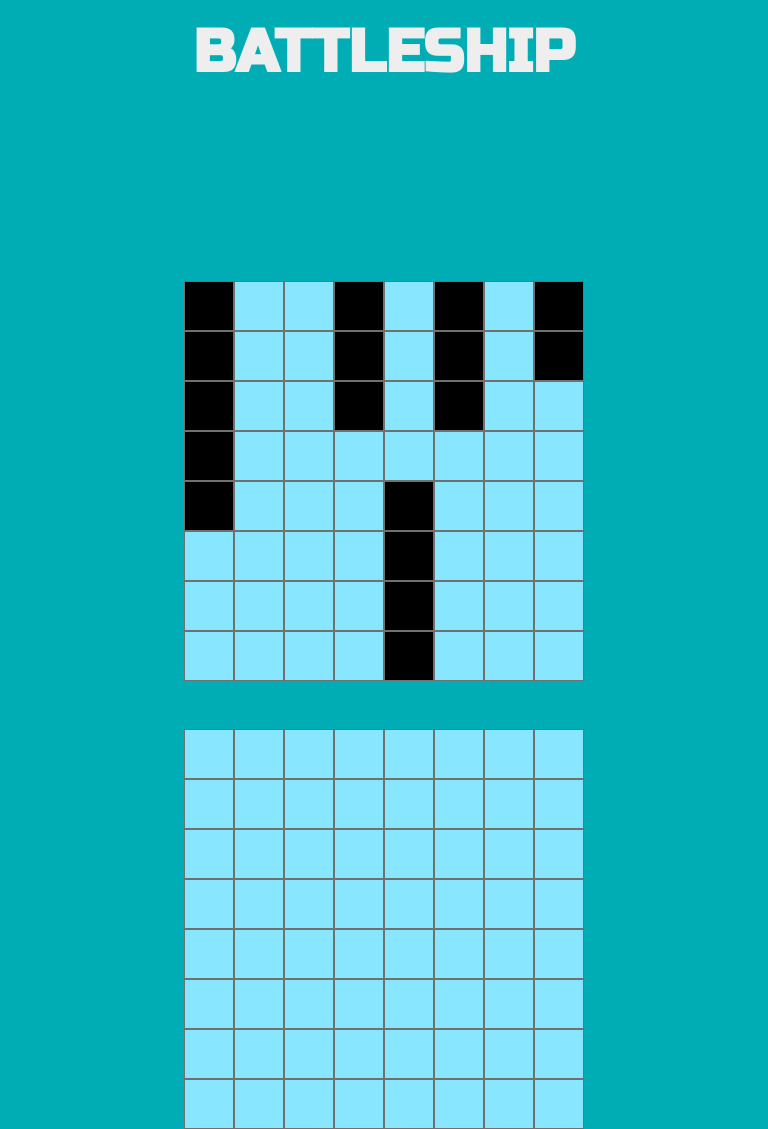
Repository: AzharMoosa/battleship
Page: /
An editor plug-in stored every save of this project. The page is shown before and after a run of saves, followed by the edit.
The browser window is 768 px wide. The pictures show the whole page.
The project was rebuilt for these pictures with package versions that can differ from the ones it lists, and the page was loaded fresh each time.

Above is the page before, as saved 2020-07-09 09:54:39.

### src/App.js
import React from "react";
import Header from "./components/Header";
import Board from "./components/Board";
import { PlayersProvider } from "./context/PlayersContext";
import "./App.css";

function App() {
  return (
    <PlayersProvider>
      <div>
        <Header />
        <Board />
      </div>
    </PlayersProvider>
  );
}

export default App;

### src/components/Header.js
import React from "react";

const Header = () => {
  return (
    <div className='header'>
      <h1>Battleship</h1>
    </div>
  );
};

export default Header;

### src/components/Board.js
import React, { useState } from "react";
import Square from "./Square";
import PlainSquare from "./PlainSquare";
import Player from "../functions/Player";
import Gameboard from "../functions/Gameboard";
import Overlay from "./Overlay";
import HitMiss from "./HitMiss";
import { v4 as uuidv4 } from "uuid";

const Board = () => {
  // eslint-disable-next-line
  const [player, setPlayer] = useState(Player(false));
  // eslint-disable-next-line
  const [computer, setComputer] = useState(Player(true));
  const [playerBoard, setPlayerBoard] = useState(Gameboard());
  const [computerBoard, setComputerBoard] = useState(Gameboard());
  const [playerTurn, setPlayerTurn] = useState(true);

  const getOutcome = (hit) => {
    let outcome = document.querySelector(".hit-miss-outcome");
    if (hit === true) {
      outcome.innerHTML = "Hit!";
    } else {
      outcome.innerHTML = "Miss!";
    }
  };

  const startGame = () => {
    playerBoard.placeShip(0, 0, player.ships[0], 1);
    playerBoard.placeShip(4, 4, player.ships[1], 1);
    playerBoard.placeShip(3, 0, player.ships[2], 1);
    playerBoard.placeShip(5, 0, player.ships[3], 1);
    playerBoard.placeShip(7, 0, player.ships[4], 1);

    computerBoard.placeShip(0, 0, computer.ships[0], 0);
    computerBoard.placeShip(4, 2, computer.ships[1], 0);
    computerBoard.placeShip(0, 3, computer.ships[2], 0);
    computerBoard.placeShip(3, 5, computer.ships[3], 0);
    computerBoard.placeShip(0, 7, computer.ships[4], 0);
  };

  const getBoardElm = (elm) => {
    if (elm !== "") {
      return "square ship";
    } else {
      return "square";
    }
  };

  const displayModal = (name) => {
    let modal = document.querySelector(".modal");
    let title = document.querySelector(".winner-name");
    let overlay = document.querySelector(".overlay");
    modal.style.display = "block";
    overlay.style.display = "none";
    if (name === "Computer") {
      title.innerHTML = "Computer Wins";
    } else if (name === "Player") {
      title.innerHTML = "Player Wins";
    }
  };

  const resetGame = () => {
    setPlayer(Player(false));
    setComputer(Player(true));
    setPlayerBoard(Gameboard());
    setComputerBoard(Gameboard());
    setPlayerTurn(true);
    let modal = document.querySelector(".modal");
    let overlay = document.querySelector(".overlay");
    let outcome = document.querySelector(".hit-miss-outcome");
    modal.style.display = "none";
    overlay.style.display = "grid";
    outcome.innerHTML = "";
  };

  const gameOver = () => {
    if (playerBoard.allShipSunk(player.ships)) {
      displayModal("Computer");
    } else if (computerBoard.allShipSunk(computer.ships)) {
      displayModal("Player");
    }
  };

  const attackComputer = (e) => {
    if (playerTurn === true) {
      let updatedBoard = computerBoard;
      // Get Coord
      let coords = e.target.id.split(",");
      let x = coords[1];
      let y = coords[0];
      player.attackEnemy(updatedBoard, parseInt(x), parseInt(y));
      if (computerBoard.grid[x][y] === "") {
        e.target.classList.add("ship-miss");
        getOutcome(false);
      } else {
        e.target.classList.add("ship-hit");
        getOutcome(true);
      }
      setComputerBoard(updatedBoard);
      setPlayerTurn(false);
    }
    computerTurn();
  };

  const computerTurn = () => {
    if (playerTurn === true) {
      let updatedBoard = playerBoard;
      let randomCoords = computer.getRandomCoords();
      let square = document.getElementById(randomCoords);
      let coords = randomCoords.split(",");
      let x = coords[1];
      let y = coords[0];
      computer.computerAttack(updatedBoard, x, y);
      if (playerBoard.grid[x][y] === "") {
        square.classList.add("ship-miss");
      } else {
        square.classList.add("ship-hit");
      }
      gameOver();
      setPlayerBoard(updatedBoard);
      setPlayerTurn(true);
    }
  };

  return (
    <div className='container'>
      <HitMiss />
      <div className='game-boards'>
        {startGame()}
        <div className='game-board'>
          {playerBoard.grid.map((col, j) =>
            col.map((elm, i) => (
              <Square
                key={uuidv4()}
                elm={elm}
                getBoardElm={getBoardElm}
                id={`${i},${j}`}
              />
            ))
          )}
        </div>

        <div className='comp'>
          <div className='game-board comp-board'>
            {computerBoard.grid.map((col, j) =>
              col.map((elm, i) => (
                <Square
                  key={uuidv4()}
                  elm={elm}
                  getBoardElm={getBoardElm}
                  attackComputer={attackComputer}
                  id={`${i},${j}`}
                />
              ))
            )}
          </div>
          <div className='overlay game-board'>
            {computerBoard.grid.map((col, j) =>
              col.map((elm, i) => <PlainSquare key={uuidv4()} />)
            )}
          </div>
        </div>
      </div>
      <Overlay resetGame={resetGame} />
    </div>
  );
};

export default Board;

### src/context/PlayersContext.js
import React, { useState, createContext } from "react";
import Player from "../functions/Player";
import Gameboard from "../functions/Gameboard";

export const PlayersContext = createContext();

export const PlayersProvider = (props) => {
  const [players, usePlayers] = useState([
    // Player
    {
      player: Player(false),
      board: Gameboard(),
    },
    // Computer
    {
      player: Player(true),
      board: Gameboard(),
    },
  ]);

  return (
    <PlayersContext.Provider value={[players, usePlayers]}>
      {props.children}
    </PlayersContext.Provider>
  );
};

### src/App.css
@import url("https://fonts.googleapis.com/css2?family=Russo+One&display=swap");

:root {
  --bg-primary: #00adb5;
  --bg-light: #eeeeee;
  --bg-dark: #222831;
}

* {
  margin: 0;
  padding: 0;
  box-sizing: border-box;
}

body {
  font-family: "Russo One", sans-serif;
  background-color: var(--bg-primary);
}

.header {
  text-align: center;
}

.header h1 {
  color: var(--bg-light);
  font-size: 100px;
  text-transform: uppercase;
  margin-top: 1rem;
}

.game-boards {
  display: flex;
  align-items: center;
  justify-content: space-between;
  width: 70%;
  height: 55vh;
  margin: 3rem auto;
}

.game-board {
  display: grid;
  grid-template-columns: repeat(8, 1fr);
  width: 400px;
  height: 400px;
}

.square {
  border: 1px solid #707070;
  background-color: rgb(136, 231, 255);
  width: 50px;
  height: 50px;
  pointer-events: auto !important;
  cursor: pointer;
}

.plain-square {
  border: 1px solid #707070;
  background-color: rgb(136, 231, 255);
  width: 50px;
  height: 50px;
  pointer-events: none !important;
  cursor: pointer;
}

.ship {
  background-color: #000;
}

.ship-hit {
  background-color: rgb(255, 77, 77) !important;
  pointer-events: none !important;
}

.ship-miss {
  background-color: #fff !important;
  pointer-events: none !important;
}

.comp {
  display: grid;
}

.comp-board,
.overlay {
  grid-area: 1 / 1;
}

.container {
  display: flex;
  flex-direction: column;
  height: 100vh;
}

.overlay {
  pointer-events: none;
}

.modal {
  display: none;
  position: fixed;
  z-index: 1;
  left: 0;
  top: 0;
  width: 100%;
  height: 100%;
  background-color: rgb(0, 0, 0);
  background-color: rgba(0, 0, 0, 0.4);
}

.modal-content-results {
  background-color: #f5f5f5;
  margin: 30vh auto;
  padding: 20px;
  border: 1px solid #888;
  width: 400px;
  height: 200px;
  display: flex;
  flex-direction: column;
  align-items: center;
  justify-content: center;
}

.winner-name {
  text-align: center;
  margin-bottom: 2rem;
  font-size: 40px;
}

.btn-primary {
  background-color: var(--bg-dark);
  color: #fff;
  width: 150px;
  height: 50px;
  font-size: 20px;
  border: none;
  outline: none;
  font-family: "Russo One", sans-serif;
  border-radius: 20px;
  cursor: pointer;
}

.hit-miss {
  display: flex;
  align-items: center;
  justify-content: center;
}

.hit-miss-outcome {
  color: #fff;
  font-size: 50px;
}

@media (min-width: 1700px) {
  .game-boards {
    height: 70vh;
    width: 80%;
  }

  .game-board {
    width: 650px;
    height: 650px;
  }

  .square,
  .plain-square {
    width: 81.25px;
    height: 81.25px;
  }
}

@media (max-width: 1200px) {
  .game-boards {
    height: 70vh;
    width: 80%;
    display: flex;
    flex-direction: column;
  }

  .game-board {
    width: 500px;
    height: 500px;
  }

  .comp {
    margin-top: 3rem;
  }

  .square,
  .plain-square {
    width: 62.5px;
    height: 62.5px;
  }
}

@media (max-width: 768px) {
  .header h1 {
    font-size: 60px;
  }

  .game-boards {
    width: 80%;
    display: flex;
    flex-direction: column;
  }

  .game-board {
    width: 400px;
    height: 400px;
  }

  .comp {
    margin-top: 3rem;
  }

  .square,
  .plain-square {
    width: 50px;
    height: 50px;
  }

  .hit-miss {
    margin-top: 9rem;
  }
}

@media (max-width: 414px) {
  .header h1 {
    font-size: 40px;
  }

  .game-boards {
    width: 70%;
    display: flex;
    flex-direction: column;
  }

  .game-board {
    width: 300px;
    height: 300px;
  }

  .comp {
    margin-top: 3rem;
  }

  .square,
  .plain-square {
    width: 37.5px;
    height: 37.5px;
  }

  .hit-miss {
    margin-top: 9rem;
  }

  .modal-content-results {
    width: 300px;
  }

  .winner-name {
    font-size: 35px;
  }

  .btn-primary {
    background-color: var(--bg-dark);
    color: #fff;
    width: 150px;
    height: 50px;
    font-size: 20px;
    border: none;
    outline: none;
    font-family: "Russo One", sans-serif;
    border-radius: 20px;
    cursor: pointer;
  }
}

@media (max-width: 375px) {
  .header h1 {
    font-size: 35px;
  }

  .game-boards {
    width: 70%;
    display: flex;
    flex-direction: column;
  }

  .game-board {
    width: 280px;
    height: 280px;
  }

  .comp {
    margin-top: 3rem;
  }

  .square,
  .plain-square {
    width: 35px;
    height: 35px;
  }

  .hit-miss {
    margin-top: 10rem;
  }
}

@media (max-width: 320px) {
  .hit-miss {
    margin-top: 14rem;
  }

  .modal-content-results {
    width: 250px;
  }

  .winner-name {
    font-size: 30px;
  }
}

### src/components/Square.js
import React from "react";

const Square = ({ elm, attackComputer, getBoardElm, id }) => {
  return (
    <div className={getBoardElm(elm)} id={id} onClick={attackComputer}></div>
  );
};

export default Square;

### src/components/PlainSquare.js
import React from "react";

const PlainSquare = () => {
  return <div className='plain-square'></div>;
};

export default PlainSquare;

### src/functions/Player.js
import Ship from "./Ship";

const Player = (ai) => {
  let previousShots = [];

  // Create Ships
  let carrier = Ship("Carrier", 5);
  let battleship = Ship("Battleship", 4);
  let cruiser = Ship("Cruiser", 3);
  let submarine = Ship("Submarine", 3);
  let destroyer = Ship("Destroyer", 2);
  let ships = [carrier, battleship, cruiser, submarine, destroyer];

  const attackEnemy = (enemyBoard, x, y) => {
    if (!previousShots.includes([x, y])) {
      enemyBoard.receiveAttack(x, y);
      previousShots.push([parseInt(x), parseInt(y)]);
      return true;
    }
    return false;
  };

  const checkCoord = (x, y) => {
    previousShots.forEach((coords) => {
      if (
        parseInt(coords[1]) === parseInt(x) &&
        parseInt(coords[0]) === parseInt(y)
      ) {
        return true;
      }
    });
    return false;
  };

  const getRandomCoords = (gameboard) => {
    let maximum = 7;
    let minimum = 0;
    let x = 0;
    let y = 0;

    do {
      x = Math.floor(Math.random() * (maximum - minimum + 1)) + minimum;
      y = Math.floor(Math.random() * (maximum - minimum + 1)) + minimum;
    } while (checkCoord(x, y));
    return `${x},${y}`;
  };

  const computerAttack = (enemyBoard, x, y) => {
    enemyBoard.receiveAttack(x, y);
    previousShots.push([x, y]);
  };

  return { previousShots, ships, attackEnemy, computerAttack, getRandomCoords };
};

export default Player;

### src/functions/Gameboard.js
const Gameboard = () => {
  let previousShots = [];
  const grid = new Array(8).fill("");
  for (let i = 0; i < grid.length; i++) {
    grid[i] = new Array(8).fill("");
  }

  const getGrid = () => {
    return grid;
  };

  const getPreviousShots = () => {
    return previousShots;
  };

  const placeShip = (x, y, ship, orientation) => {
    // Horizontal Orientation = 0
    // Vertical Orientation = 1

    // Check If Ship Fits
    let shipLength = ship.length;

    if (orientation === 0) {
      for (let i = x; i < x + ship.length; i++) {
        if (grid[y][i] !== "" || x + shipLength > 8) {
          return false;
        }
        grid[y][i] = ship;
        ship.setShipCoords(y, i);
      }
    } else if (orientation === 1) {
      for (let i = y; i < y + ship.length; i++) {
        if (grid[i][x] !== "" || y + shipLength > 8) {
          return false;
        }
        grid[i][x] = ship;
        ship.setShipCoords(i, x);
      }
    }
    return true;
  };

  const flatten = (arr) => {
    return arr.join(" |-| ");
  };

  const receiveAttack = (x, y) => {
    // Check if ship is at position
    if (grid[x][y] !== "") {
      let ship = grid[x][y];
      let shipCoords = ship.getShipCoords();
      let arrSearch = shipCoords.map((row) => {
        return flatten(row);
      });
      let pos = arrSearch.indexOf(flatten([x, y]));
      if (!ship.isHit(pos)) {
        ship.hit(pos);
        return true;
      }
    }
    previousShots.push([x, y]);
    return false;
  };

  const allShipSunk = (ships) => {
    for (let i = 0; i < ships.length; i++) {
      if (!ships[i].isSunk()) {
        return false;
      }
    }

    return true;
  };

  return {
    grid,
    previousShots,
    getGrid,
    placeShip,
    receiveAttack,
    getPreviousShots,
    allShipSunk,
  };
};

export default Gameboard;

### src/components/Overlay.js
import React from "react";

const Overlay = ({ resetGame }) => {
  return (
    <div className='modal'>
      <div className='modal-content-results'>
        <h1 className='winner-name'>Player Wins</h1>
        <button className='btn-primary' onClick={resetGame}>
          Restart
        </button>
      </div>
    </div>
  );
};

export default Overlay;

### src/components/HitMiss.js
import React from "react";

const HitMiss = () => {
  return (
    <div className='hit-miss'>
      <h1 className='hit-miss-outcome'>{}</h1>
    </div>
  );
};

export default HitMiss;

### src/functions/Ship.js
const Ship = (name, length) => {
  // Fills ship with false
  const ship = new Array(length).fill(false);
  let shipCoords = [];

  // Hit
  const hit = (pos) => (ship[pos] = true);

  // If Ship Sunk
  const isSunk = () => {
    return ship.every((v) => v === true);
  };

  const isHit = (pos) => {
    return ship[pos] === true ? true : false;
  };

  // Returns ship
  const getShip = () => {
    return ship;
  };

  const setShipCoords = (x, y) => {
    shipCoords.push([x, y]);
  };

  const getShipCoords = () => {
    return shipCoords;
  };

  return {
    name,
    ship,
    length,
    hit,
    isSunk,
    isHit,
    getShip,
    setShipCoords,
    getShipCoords,
  };
};

export default Ship;

Loaded but not shown: public/index.html (common file); src/index.js (common file)

After the next 2 saves:
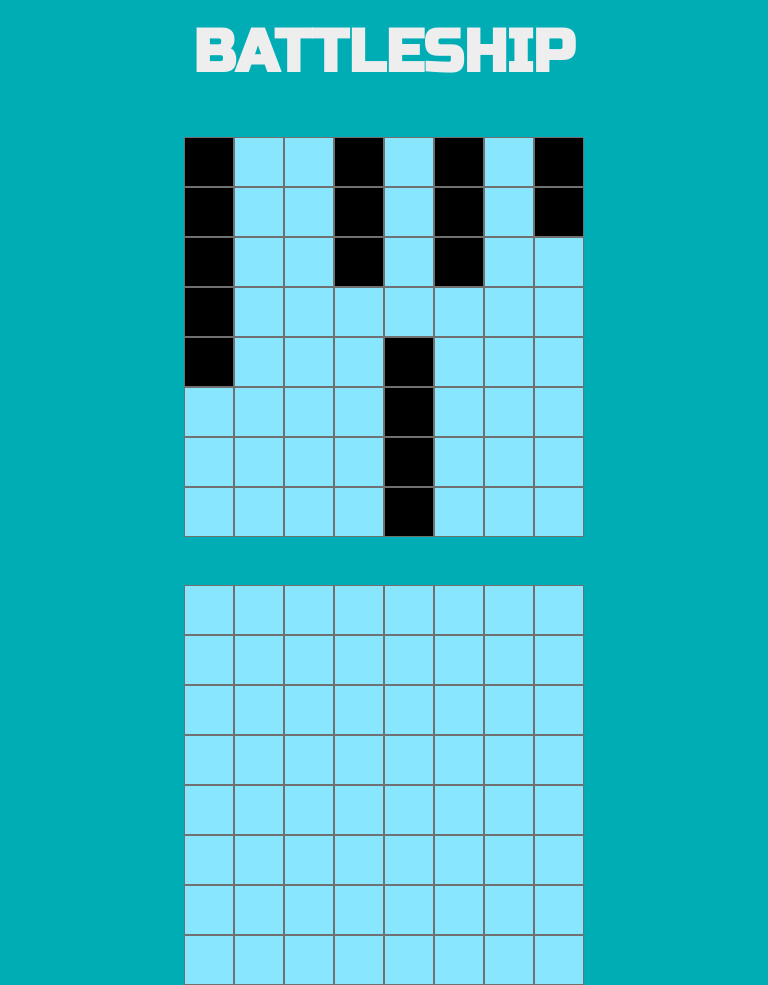
The 2 saves are shown as one change because they came seconds apart.
The last was saved 9 s later.
--- a/src/App.css
+++ b/src/App.css
@@ -217,10 +217,6 @@ body {
     width: 50px;
     height: 50px;
   }
-
-  .hit-miss {
-    margin-top: 9rem;
-  }
 }
 
 @media (max-width: 414px) {
